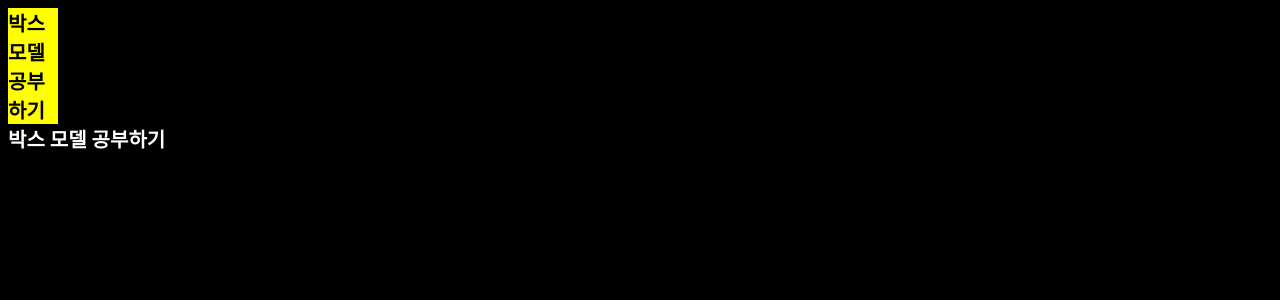
Repository: gyetol/web
Page: 4_11_web/CSS/WebContent/index.html
An editor plug-in stored every save of this project. The page is shown before and after the next save, followed by the edit.
The browser window is 1280 px wide. The pictures show the whole page.

Above is the page before, as saved 2020-04-11 06:46:09.

After the next save:
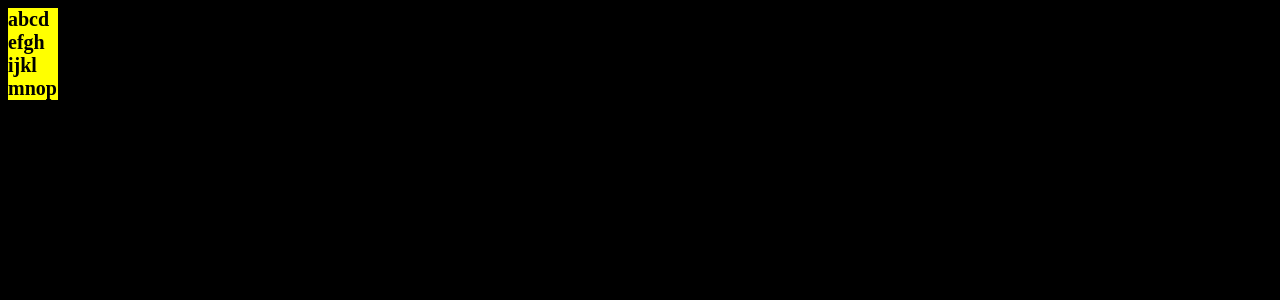
Saved 3 s later.
--- a/4_11_web/CSS/WebContent/index.html
+++ b/4_11_web/CSS/WebContent/index.html
@@ -8,8 +8,7 @@
 <body>
 
 
-<div>박스 모델 공부하기</div>
-<span>박스 모델 공부하기</span>
+<div>abcd efgh ijkl mnop</div>
 
 
 </body>
